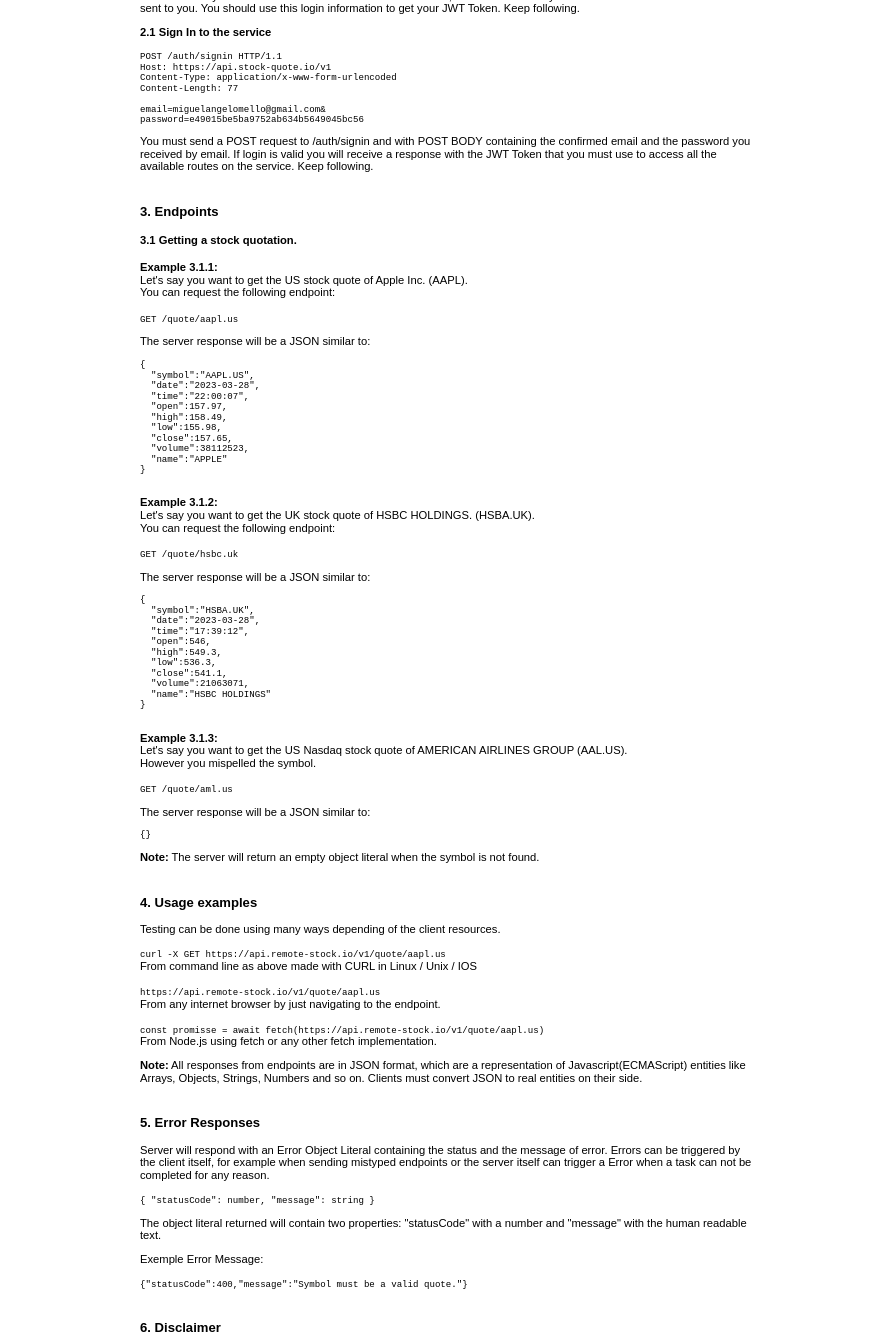
Repository: miguelamello/nest-js
Page: stock-service/documentation.html
The author's editor kept a copy of each file at every save. The page is drawn from the files as they stood at one save, then again after the next save.
The browser window is 1280 px wide. The pictures show the part of the page from y = 615 to 2535 px (the page is 2677 px tall before and 2797 px after), at 70% of full size.

Above is the page before, as saved 2023-04-01 16:09:28.

After the next save:
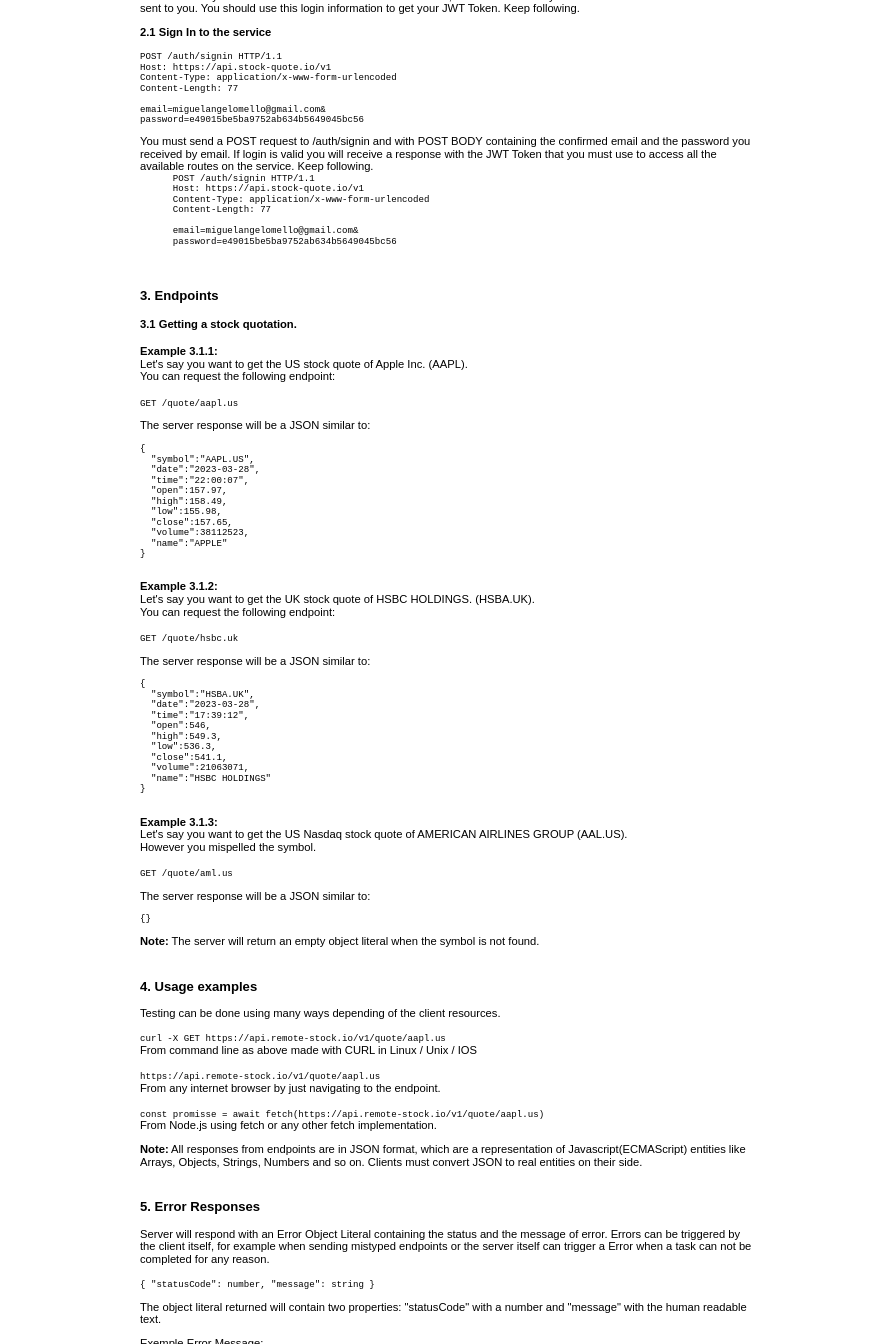
Saved 9 s later.
--- a/stock-service/documentation.html
+++ b/stock-service/documentation.html
@@ -74,7 +74,15 @@ password=e49015be5ba9752ab634b5649045bc56
       routes on the service. Keep following.</div>
     </div>
 
-
+    <pre>
+      POST /auth/signin HTTP/1.1
+      Host: https://api.stock-quote.io/v1
+      Content-Type: application/x-www-form-urlencoded
+      Content-Length: 77
+
+      email=miguelangelomello@gmail.com&
+      password=e49015be5ba9752ab634b5649045bc56
+          </pre>
 
   </p>
 
